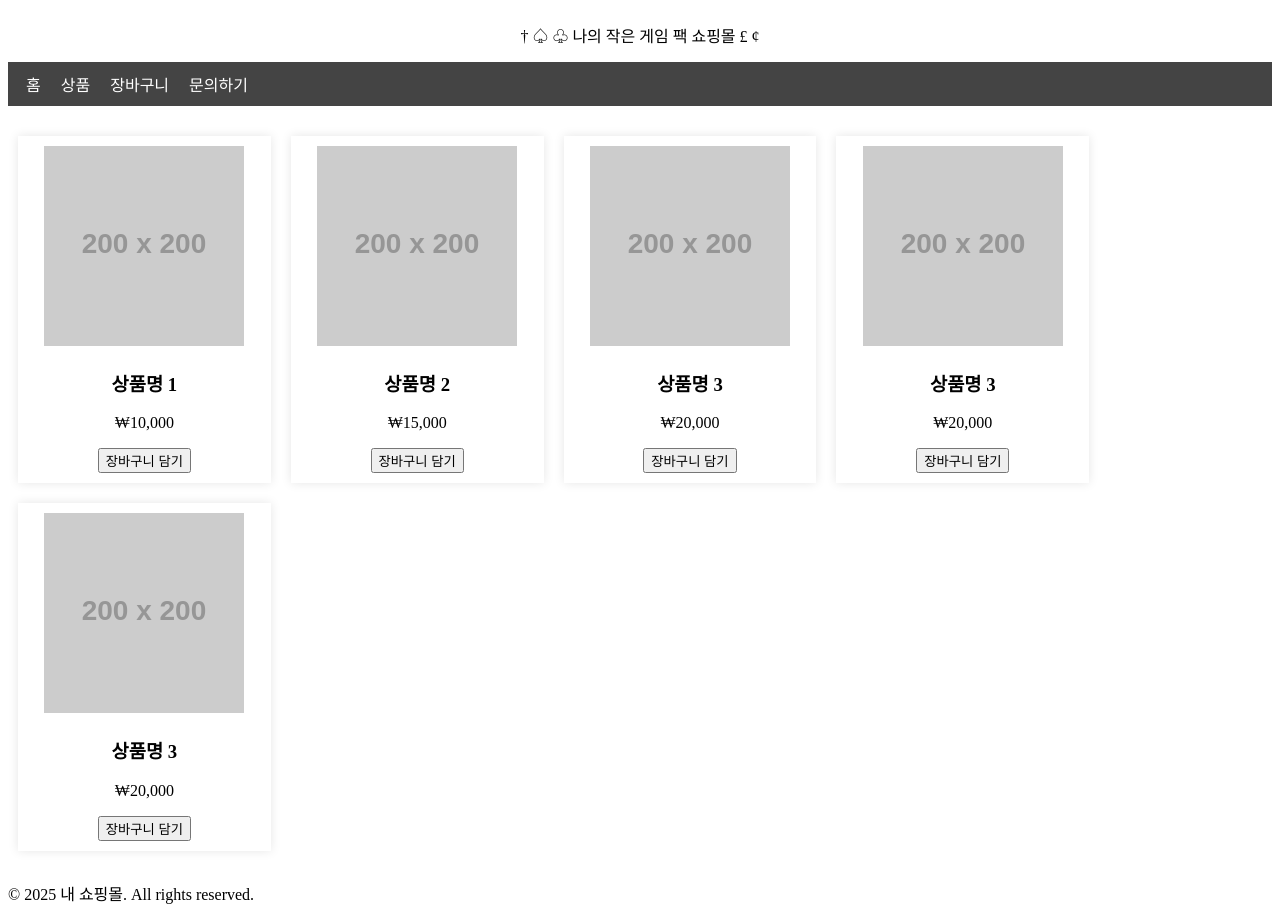
Repository: SeungYeon04/A_AssetsJSP
Page: http://localhost/JSP_Start01/
An editor plug-in stored every save of this project. The page is shown before and after the next save, followed by the edit.
The browser window is 1280 px wide. The pictures show the whole page.
Some web fonts or font styles are not loaded; a fallback is used. The page is served by Tomcat 9.

Above is the page before, as saved 2025-03-11 07:08:26.

### JSP_Start01/src/main/webapp/index.jsp
<%@ page language="java" contentType="text/html; charset=UTF-8"
    pageEncoding="UTF-8"%>
<!DOCTYPE html>
<html>
<head>
<meta charset="UTF-8">
<title>Insert title here</title>
</head>
<body>
	<header>† ♤ ♧  나의 작은 게임 팩 쇼핑몰 £ ¢</header>

    <nav>
        <a href="#">홈</a>
        <a href="#">상품</a>
        <a href="#">장바구니</a>
        <a href="#">문의하기</a>
    </nav>

    <div class="container">
        <div class="product">
            <img src="https://via.placeholder.com/200" alt="상품1">
            <h3>상품명 1</h3>
            <p>₩10,000</p>
            <button>장바구니 담기</button>
        </div>

        <div class="product">
            <img src="https://via.placeholder.com/200" alt="상품2">
            <h3>상품명 2</h3>
            <p>₩15,000</p>
            <button>장바구니 담기</button>
        </div>

        <div class="product">
            <img src="https://via.placeholder.com/200" alt="상품3">
            <h3>상품명 3</h3>
            <p>₩20,000</p>
            <button>장바구니 담기</button>
        </div>
        <div class="product">
            <img src="https://via.placeholder.com/200" alt="상품3">
            <h3>상품명 3</h3>
            <p>₩20,000</p>
            <button>장바구니 담기</button>
        </div>
         <div class="product">
            <img src="https://via.placeholder.com/200" alt="상품3">
            <h3>상품명 3</h3>
            <p>₩20,000</p>
            <button>장바구니 담기</button>
        </div>
    </div>

    <footer>© 2025 내 쇼핑몰. All rights reserved.</footer>
    <style>

    	body {
    		font-family: 'Ownglyph_ParkDaHyun';
    	}

    	header {
    		text-align: center;
    		padding: 15px 0;
    	}



	    @font-face {
		    font-family: 'Ownglyph_ParkDaHyun';
		    src: url('https://fastly.jsdelivr.net/gh/projectnoonnu/2411-3@1.0/Ownglyph_ParkDaHyun.woff2') format('woff2');
		    font-weight: normal;
		    font-style: normal;
		}

		nav {
			background-color: #444;
			padding: 10px;
			text-align: ceter;

			a {
				color: white;
            	text-decoration: none;
            	margin: 0 8px;
            	/*font-size: 18px;*/
			 }

			a:hover {
            	text-decoration: underline;
        	}
		}

		/* 메인콘텐츠 */
		.container {
			width: 100%;
			margin: 20px auto;
			display: flex;
			flex-wrap: wrap;
			jusify-content:	space-between;
		}

		.product {
			width: 20%; /* 너비 추가 */
			background: white;
			padding-top: 10px;
			padding-bottom: 10px;
			box-shadow: 0 0 10px rgba(0, 0, 0, 0.1);
			text-align: center;
			margin: 10px;
		}


    </style>
</body>
</html>

After the next save:
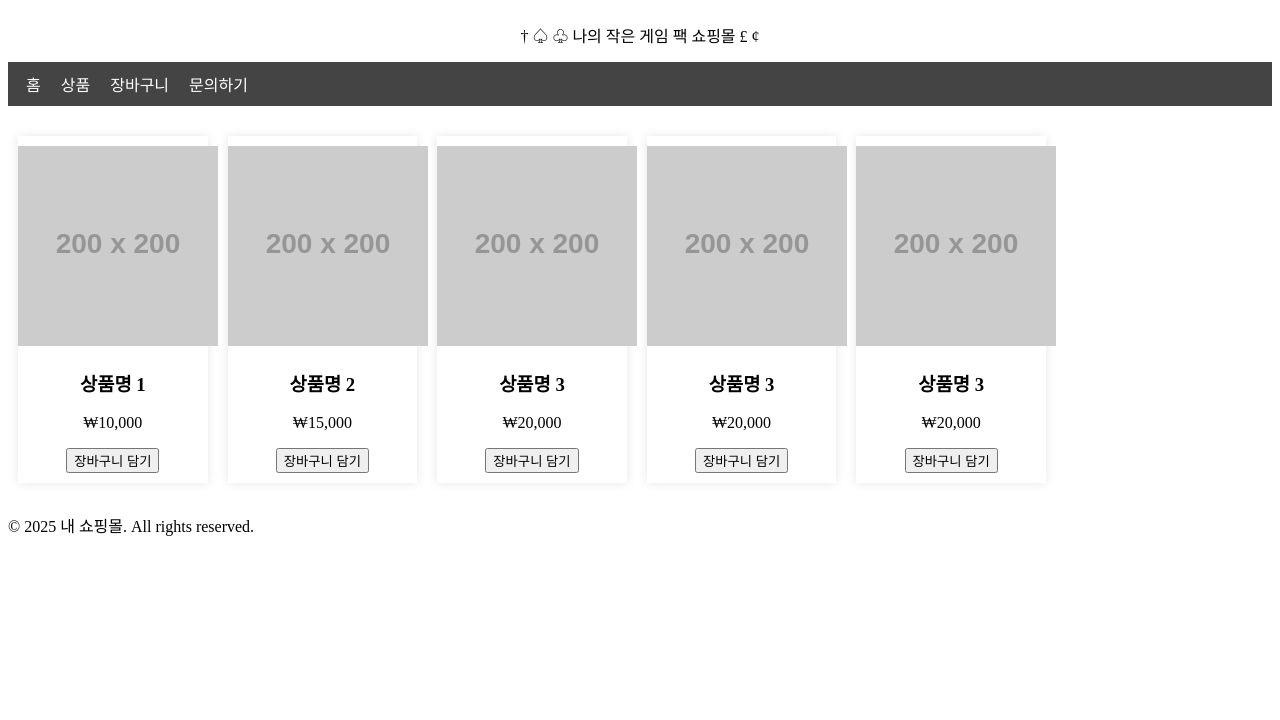
Saved 8 s later.
--- a/JSP_Start01/src/main/webapp/index.jsp
+++ b/JSP_Start01/src/main/webapp/index.jsp
@@ -99,7 +99,7 @@
 		}
 
 		.product {
-			width: 20%; /* 너비 추가 */
+			width: 15%; /* 너비 추가 */
 			background: white;
 			padding-top: 10px;
 			padding-bottom: 10px;
